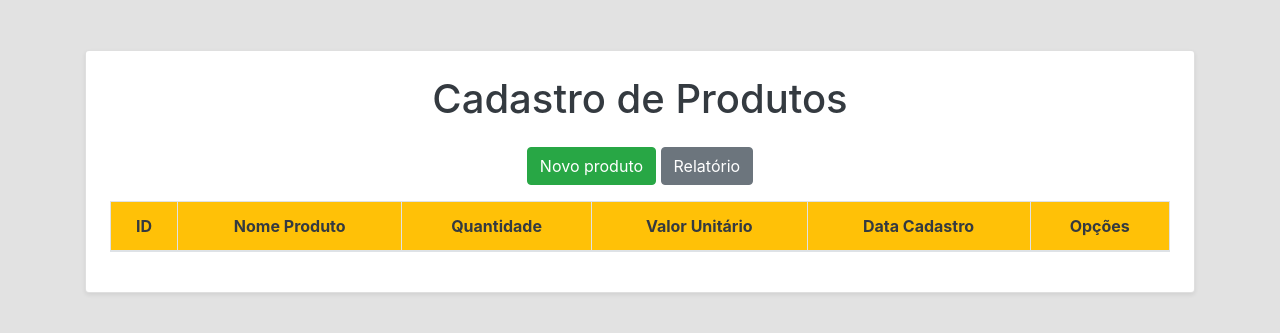
Repository: brudorea/produto
Page: http://localhost/produto/main
The author's editor kept a copy of each file at every save. The page is drawn from the files as they stood at one save, then again after the next save.
The browser window is 1280 px wide. The pictures show the whole page.
The page is served by Tomcat 10. Queries for data that is not in the repository find no rows.

Above is the page before, as saved 2025-06-09 23:20:14.
Console error: SyntaxError: Unexpected end of input

After the next save:
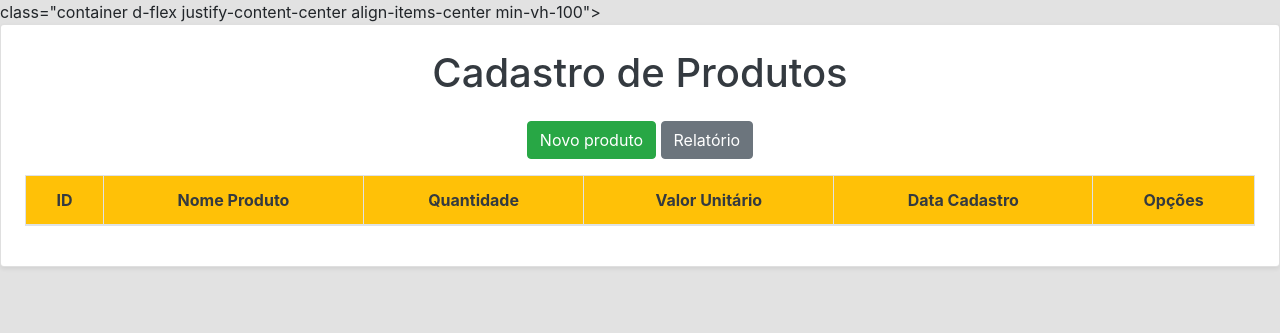
Saved 74 s later.
--- a/produto/src/main/webapp/cadastro.jsp
+++ b/produto/src/main/webapp/cadastro.jsp
@@ -5,8 +5,8 @@
 <%@ page import="java.util.ArrayList"%>
 
 <%@ page import="java.util.Locale"%>
-<%@ page import="java.time.format.DateTimeFormatter" %>
-<%@ page import="java.text.NumberFormat" %>
+<%@ page import="java.time.format.DateTimeFormatter"%>
+<%@ page import="java.text.NumberFormat"%>
 <%
 @ SuppressWarnings("unchecked")
 ArrayList<JavaBeans> lista = (ArrayList<JavaBeans>) request.getAttribute("produtos");
@@ -30,13 +30,14 @@ ArrayList<JavaBeans> lista = (ArrayList<JavaBeans>) request.getAttribute("produt
 <link rel="stylesheet" href="style.css">
 </head>
 <body>
-	<div
-		class="container d-flex justify-content-center align-items-center min-vh-100">
+	<div>
+		class="container d-flex justify-content-center align-items-center
+		min-vh-100">
 		<section class="card shadow-sm p-4 w-100">
 			<div class="text-center">
 				<h1 class="text-dark mb-4">Cadastro de Produtos</h1>
-				<a href="novo.html" class="btn btn-success">Novo produto</a>
-				<a href="report" class="btn btn-secondary">Relatório</a>
+				<a href="novo.html" class="btn btn-success">Novo produto</a> <a
+					href="report" class="btn btn-secondary">Relatório</a>
 			</div>
 
 			<div class="table-responsive pt-3">
@@ -64,10 +65,10 @@ ArrayList<JavaBeans> lista = (ArrayList<JavaBeans>) request.getAttribute("produt
 
 							<td><%=lista.get(i).getData_cad().format(DateTimeFormatter.ofPattern("dd/MM/yyyy"))%></td>
 
-							<td>
-							 <a href="select?id=<%=lista.get(i).getId()%>" class="btn btn-sm btn-primary">Editar</a>
-							 <a href="javascript:confirmar(<%=lista.get(i).getId() %>)" class="btn btn-sm btn-danger">Excluir</a>
-							</td>
+							<td><a href="select?id=<%=lista.get(i).getId()%>"
+								class="btn btn-sm btn-primary">Editar</a> <a
+								href="javascript:confirmar(<%=lista.get(i).getId() %>)"
+								class="btn btn-sm btn-danger">Excluir</a></td>
 						</tr>
 
 						<%
